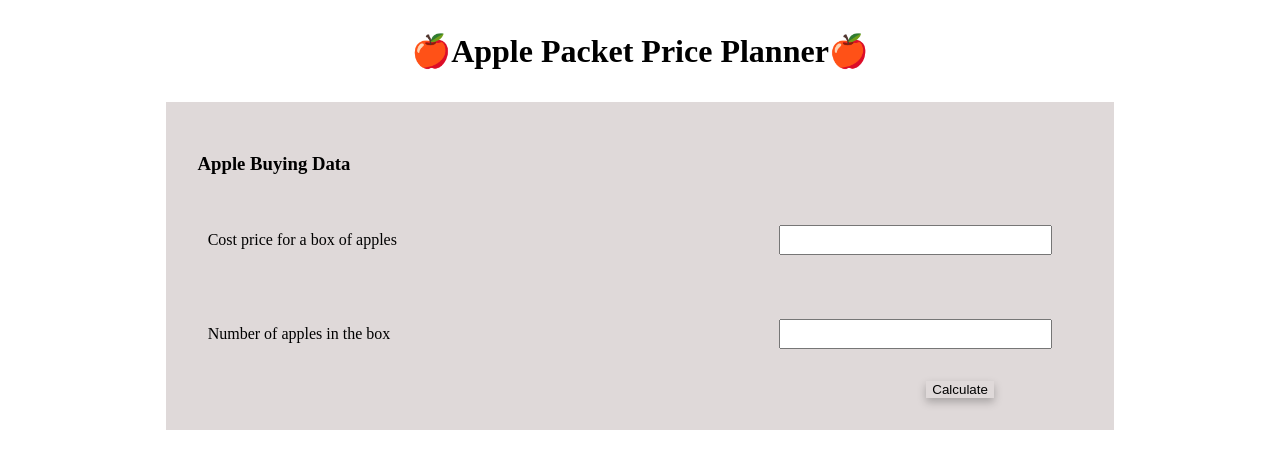
Repository: lasity34/apple-packet-price-planner
Page: index.html
An editor plug-in stored every save of this project. The page is shown before and after the next save, followed by the edit.
The browser window is 1280 px wide. The pictures show the whole page.

Above is the page before, as saved 2023-05-29 10:16:58.

### index.html
<!DOCTYPE html>
<html lang="en">
  <head>
    <meta charset="UTF-8" />
    <meta http-equiv="X-UA-Compatible" content="IE=edge" />
    <meta name="viewport" content="width=device-width, initial-scale=1.0" />
    <title>Apple Packet Price Planner</title>
    <link href="./style.css" rel="stylesheet" />
  </head>
  <body>
    <h1>🍎Apple Packet Price Planner🍎</h1>
    <main>
      <h3>Apple Buying Data</h3>
      <section class="input_section">
        <div class="input_container">
          <label for="apple_price">Cost price for a box of apples</label><br />
          <input
            type="number"
            id="apple_price"
            name="apple_price"
            required
          /><br />
        </div>
      </section>
      <section class="input_section">
        <div class="input_container">
          <label for="apple_num">Number of apples in the box</label><br />
          <input type="number" id="apple_num" name="apple_num" required /><br />
        </div>
      </section>
      <div class="btn_container">
        <div></div>
        <button class="calculate_btn">Calculate</button>
      </div>
    </main>
  </body>
  <script src="./apple-factory.js"></script>
  <script src="./apple-dom.js"></script>
</html>

### style.css

h1 {
    text-align: center;
    margin: 1em;
}

main {
    background-color: rgb(223, 217, 217);
    margin: 0 auto;
    padding: 2em;
    width: 70%;
}

.input_section {
    padding: 2em 0;
}

.input_container {
    display: flex;
    justify-content: space-around;
    height: 30px;
}

.input_container input {
    width: 30%;
}

.input_container label {
    width: 60%;
   align-self: center;
}

.btn_container {
    display: flex;
    justify-content: flex-end;
    width: 90%;

}

.calculate_btn {
    background-color: rgb(223, 217, 217);
    border: none;
    box-shadow: 0px 4px 8px rgba(0, 0, 0, 0.25);
}

### apple-factory.js


function apple_factory(price, num) {

    let apple_cost_price = price || 0;
    let num_apples = num || 0;

    function apple_price(price) {
        apple_cost_price = price
    }

     function apple_count(num) {
        num_apples = num
     }

    function apples_price_length() {
        return apple_cost_price
    }

    function apple_count_length() {
        return num_apples
    }

    return {
        apple_price,
        apples_price_length,
        apple_count,
        apple_count_length

    }
}

### apple-dom.js



const apple_fact = apple_factory()


function apple_dom() {

}

After the next save:
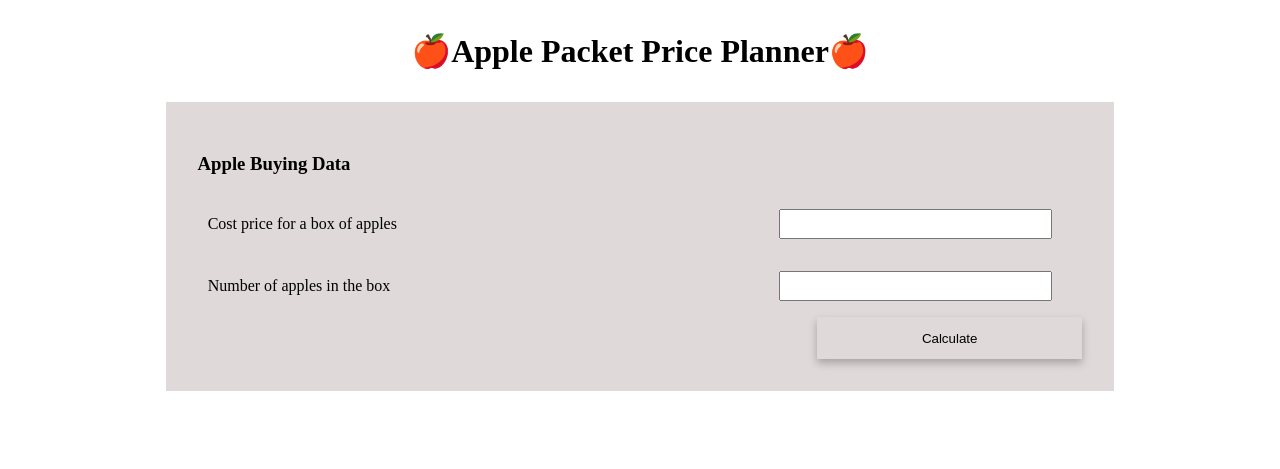
Saved 95 s later.
--- a/style.css
+++ b/style.css
@@ -12,7 +12,7 @@ main {
 }
 
 .input_section {
-    padding: 2em 0;
+    padding: 1em 0;
 }
 
 .input_container {
@@ -33,12 +33,14 @@ main {
 .btn_container {
     display: flex;
     justify-content: flex-end;
-    width: 90%;
+
 
 }
 
 .calculate_btn {
     background-color: rgb(223, 217, 217);
+    width: 30%;
+    padding: 1em;
     border: none;
     box-shadow: 0px 4px 8px rgba(0, 0, 0, 0.25);
 }
